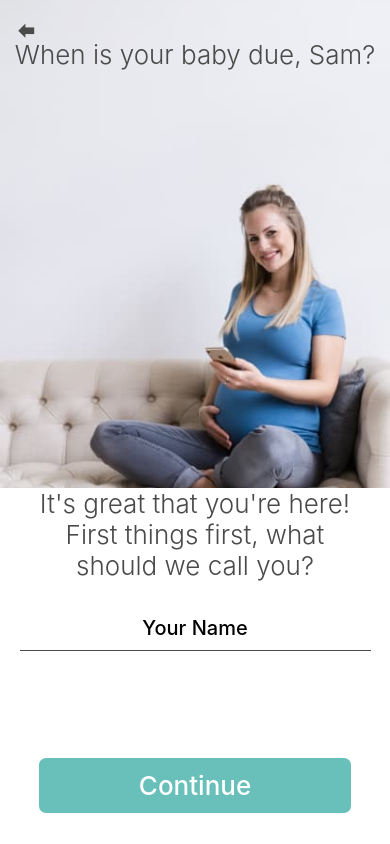
Repository: pheonixlegend/keleya
Screen: /Name
An editor plug-in stored every save of this project. The screen is shown before and after the next save, followed by the edit.
The app was drawn by React Native's web renderer in a window 390 px wide. The project was rebuilt for these pictures with package versions that can differ from the ones it lists, and the page was loaded fresh each time. Also part of the build but not shown: components/ImageHeader.tsx, components/LoginSignupDetails.tsx, screens/SignUp.tsx, screens/SignIn.tsx, screens/Date.tsx, screens/Workout.tsx, screens/Success.tsx.

Above is the screen before, as saved 2021-10-10 13:28:36.

### App.tsx
import { StatusBar } from 'expo-status-bar';
import React from 'react';
import { StyleSheet, Text, View } from 'react-native';
import Home from './screens/Home';
import { NavigationContainer } from '@react-navigation/native';
import AppStack from './routes/AppStack';

export default function App() {
  return (
    <NavigationContainer>
      <AppStack />
    </NavigationContainer>
  );
}

const styles = StyleSheet.create({
  container: {
    flex: 1,
    backgroundColor: '#fff',
    alignItems: 'center',
    justifyContent: 'center',
  },
});

### routes/AppStack.tsx
import { createStackNavigator } from '@react-navigation/stack';
import { Image } from 'react-native';
import Home from '../screens/Home';
import ImageHeader from '../components/ImageHeader';
import SignUp from '../screens/SignUp';
import SignIn from '../screens/SignIn';
import Name from '../screens/Name';
import Date from '../screens/Date';
import Workout from '../screens/Workout';
import Success from '../screens/Success';
import React from 'react';
import { Entypo } from '@expo/vector-icons';
import {RootStackParamList} from '../routes/RootStackPrams';

const Stack = createStackNavigator<RootStackParamList>();
    const appStack = () => {
        return (
            <Stack.Navigator
                screenOptions={{
                headerShown: false,
                headerTransparent: true,
                headerStyle: {
                  },
                  headerBackTitleStyle: {
                      opacity: 0,
                  },
                  headerTintColor: 'transparent'
                }}
            >
                <Stack.Screen name="Home" component={Home} />
                <Stack.Screen
                    name="SignUp"
                    component={SignUp}
                    options={{
                        headerShown: true,
                        headerBackImage: ()=>(<Entypo name='arrow-left' size={22}
                        color="#4a4a4a" style={{ paddingLeft: '20%', marginTop: '-10%' }} />)
                    }}
                />
                <Stack.Screen
                    name="SignIn"
                    component={SignIn}
                    options={{
                        headerShown: true,
                        headerBackImage: ()=>(<Entypo name='arrow-left' size={22}
                        color="#4a4a4a" style={{ paddingLeft: '20%', marginTop: '-10%' }} />)
                    }}
                />
                <Stack.Screen
                    name="Name"
                    component={Name}
                    options={{
                        headerShown: true,
                        headerBackImage: ()=>(<Entypo name='arrow-left' size={22}
                        color="#4a4a4a" style={{ paddingLeft: '20%', marginTop: '-10%' }} />)
                    }}
                />
                <Stack.Screen
                    name="Date"
                    component={Date}
                    options={{
                        headerShown: true,
                        headerBackImage: ()=>(<Entypo name='arrow-left' size={22}
                        color="#4a4a4a" style={{ paddingLeft: '20%', marginTop: '-10%' }} />)
                    }}
                />
                <Stack.Screen
                    name="Workout"
                    component={Workout}
                    options={{
                        headerShown: true,
                        headerBackImage: ()=>(<Entypo name='arrow-left' size={22}
                        color="#4a4a4a" style={{ paddingLeft: '20%', marginTop: '-10%' }} />)
                    }}
                />
                <Stack.Screen
                    name="Success"
                    component={Success}
                    options={{
                        headerShown: false,
                        headerBackImage: ()=>(<Entypo name='arrow-left' size={22}
                        color="#4a4a4a" style={{ paddingLeft: '20%', marginTop: '-10%' }} />)
                    }}
                />
            </Stack.Navigator>
        )
    }
export default appStack

### screens/Home.tsx
import { StatusBar } from 'expo-status-bar';
import React from 'react';
import { StyleSheet, Text, View, Button, Image, SafeAreaView, ImageBackground, TouchableOpacity } from 'react-native';
import { Global } from '../styles/Global';
import {useNavigation} from '@react-navigation/native';
import {StackNavigationProp} from '@react-navigation/stack';
import {RootStackParamList} from '../routes/RootStackPrams';

type authScreenProp = StackNavigationProp<RootStackParamList, 'Home'>;

function Home() {
  /* const signUpHandler = () => {
    navigation.push("Sign Up")
  }

  const signInHandler = () => {
    navigation.push("Sign In")
  }
 */
  const navigation = useNavigation<authScreenProp>();

  return (
    <ImageBackground source={require('../assets/images/first-intro-image.png')} style={styles.backgroundImage} >

    <SafeAreaView style={Global.container}>
      <StatusBar backgroundColor={'transparent'} translucent/>

      <View style={styles.imageContainer}>
        <Image source={require('../assets/images/keleya-logo.png')} style={styles.image} resizeMode="contain" />
      </View>

      <View style={styles.centeredView}>
        <Text style={styles.subText}>For a fit and relaxed pregnancy</Text>
      </View>

      <View style={styles.buttonContainer}>
      <TouchableOpacity style={styles.customBtnBGBottom} onPress={() => navigation.navigate('SignUp')}>
        <Text style={styles.customBtnTextBottom}>Get started</Text>
      </TouchableOpacity>


      <TouchableOpacity style={styles.customBtnBGBottom2} onPress={() => navigation.navigate('SignIn')}>
        <Text style={styles.customBtnTextBottom2}>Or login</Text>
      </TouchableOpacity>
      </View>
    </SafeAreaView>

    </ImageBackground>
  )
}

const styles = StyleSheet.create({
  imageContainer: {
    justifyContent: 'center',
    alignItems: 'center',
    height: '20%'
  },

  backgroundImage: {
    flex: 1,
    width: undefined,
    height: undefined,
    resizeMode: 'cover'
  },

  centeredView: {
    justifyContent: 'center',
    alignItems: 'center'
  },

  image: {
    width: '23%',
    height: '100%'
  },

  subText: {
    textAlign: 'center',
    fontSize: 24,
    fontWeight: "500",
    marginTop: '-3%',
    width: '53%',
    color: "#4a4a4a"
  },

  buttonContainer: {
    flex: 1,
    alignItems: 'center',
    height: '12.4%',
  },

  customBtnBGBottom: {
    backgroundColor: "#69c0ba",
    borderRadius: 7,
    width: '85%',
    height: '6.2%',
    position: 'absolute',
    bottom: 0,
    marginBottom: '23%',
    justifyContent: 'center',
    alignItems: 'center',
  },

  customBtnBGBottom2: {
    backgroundColor: "transparent",
    borderRadius: 7,
    width: '85%',
    position: 'absolute',
    bottom: 0,
    marginBottom: '10%',
    justifyContent: 'center',
    alignItems: 'center',
  },

  customBtnTextBottom: {
    fontSize: 26,
    fontWeight: "500",
    color: "#fff",
    textAlign: "center"
  },

  customBtnTextBottom2: {
    fontSize: 21,
    fontWeight: "600",
    color: "#4a4a4a",
    textAlign: "center"
  }

});

export default Home

### screens/Name.tsx
import {useNavigation} from '@react-navigation/native';
import { StatusBar } from 'expo-status-bar';
import React from 'react';
import { StyleSheet, Text, View, SafeAreaView, TouchableOpacity, TextInput } from 'react-native';
import { Global } from '../styles/Global';
import ImageHeaderMedium from '../components/ImageHeaderMedium';
import {StackNavigationProp} from '@react-navigation/stack';
import {RootStackParamList} from '../routes/RootStackPrams';
import NameTimeDetails from '../components/NameTimeDetails';

type nameScreenProp = StackNavigationProp<RootStackParamList, 'Name'>;

function Name() {
  const navigation = useNavigation<nameScreenProp>();

 return (
    <SafeAreaView style={styles.mainContainer}>
      <StatusBar backgroundColor={'transparent'} translucent/>
      <ImageHeaderMedium screenType = "nameScreen"/>
      {<NameTimeDetails screenType = "nameScreen" /> }

      <View style={styles.buttonContainer}>
          <TouchableOpacity style={styles.customBtnBGBottom} onPress={() => navigation.navigate('Date')}>
            <Text style={styles.customBtnTextBottom}>Continue</Text>
          </TouchableOpacity>
      </View>
    </SafeAreaView>
  )
}

const styles = StyleSheet.create({
  mainContainer: {
    flex: 1,
    backgroundColor: 'white'
  },

  forgotPasswordText: {
    textAlign: 'center',
    fontSize: 19,
    width: '90%',
    fontWeight: "300",
    color: "#4a4a4a",
    paddingBottom: '7%'
  },

  buttonContainer: {
    alignItems: 'center',
    width: '100%',
    bottom: 0,
    position: 'absolute',
  },

  customBtnBGBottom: {
    backgroundColor: "#69c0ba",
    borderRadius: 7,
    width: '80%',
    paddingTop: '3%',
    paddingBottom: '3%',
    marginBottom: '8%',
    justifyContent: 'center',
    alignItems: 'center',
  },

  customBtnTextBottom: {
    fontSize: 26,
    fontWeight: "500",
    color: "#ffff",
    textAlign: "center"
  }

});

export default Name

### styles/Global.tsx
import { StyleSheet } from 'react-native';

export const Global = StyleSheet.create({
    container: {
        flex: 1,
        backgroundColor: 'transparent',
    }
})

### components/ImageHeaderMedium.tsx
import React, { useState, FC } from 'react';
import { Text, View, StyleSheet, Image } from 'react-native';
import { Entypo } from '@expo/vector-icons';
import { LinearGradient } from 'expo-linear-gradient';

interface Props {
  screenType: string;
}

const ImageHeaderMedium: FC<Props> = ({ screenType }) => {

  let imageCondition = require('../assets/images/couch_smile.jpg')

  if (screenType == "dateScreen") {
    imageCondition = require('../assets/images/due-date-background-image.jpg')
  }
  else if (screenType == "workoutScreen") {
    imageCondition = require('../assets/images/workout-goal-background-image.jpg')
  }

  return (
    <Image source={imageCondition}
      style={[styles.image, screenType == "nameScreen" || "workoutScreen" ? { height: '65%' }
      : { height: '80%' }]} resizeMode="cover">
    </Image>
  );
}

const styles = StyleSheet.create({
  image: {
    flex: 1,
    position: 'absolute',
    width: '100%'
  }
});

export default ImageHeaderMedium

### components/NameTimeDetails.tsx
import React, { useState, FC } from 'react';
import { Text, View, StyleSheet, TextInput } from 'react-native';
import { MaterialIcons } from '@expo/vector-icons';
import { CheckBox } from 'react-native-elements';

interface Props {
  screenType: string;
}

const NameTimeDetails: FC<Props> = ({ screenType }) => {

 // const [screenType, setScreenType] = useState(0);

  return (
    <View>
      <Text style={styles.titleText}>
          {screenType == "workoutScreen" ? 'How many times a week do you want to be active'
           : 'When is your baby due, Sam?'}</Text>
      <View style={styles.centeredView}>
        <Text style={styles.subText}>
          {screenType == "nameScreen" ? 'It\'s great that you\'re here! First things first, what should we call you?'
           : 'When is your baby due, Sam?'}</Text>

        <TextInput
          placeholder="Your Name"
          style={styles.input}
        />
      </View>
    </View>
  )
}

const styles = StyleSheet.create({
  centeredView: {
    justifyContent: 'flex-start',
    alignItems: 'center',
    backgroundColor: 'white',
    marginTop: '125%',
    paddingLeft: '5%',
    paddingRight: '5%'
  },

  subText: {
    textAlign: 'center',
    fontSize: 26,
    width: '90%',
    fontWeight: "300",
    color: "#4a4a4a",
    paddingBottom: '10%'
  },

  titleText: {
    textAlign: 'center',
    fontSize: 26,
    width: '100%',
    fontWeight: "300",
    color: "#4a4a4a",
    paddingBottom: '10%',
    position: 'absolute',
    top: 0,
    paddingTop: '10%'
  },

  forgotPasswordText: {
    textAlign: 'center',
    fontSize: 19,
    width: '90%',
    fontWeight: "300",
    color: "#4a4a4a",
    paddingBottom: '7%'
  },

  buttonContainer: {
    alignItems: 'center',
    width: '100%',
    bottom: 0,
    position: 'absolute',
  },

  customBtnBGBottom: {
    backgroundColor: "#69c0ba",
    borderRadius: 7,
    width: '80%',
    paddingTop: '3%',
    paddingBottom: '3%',
    marginBottom: '8%',
    justifyContent: 'center',
    alignItems: 'center',
  },

  customBtnTextBottom: {
    fontSize: 26,
    fontWeight: "500",
    color: "#ffff",
    textAlign: "center"
  },

  input: {
    width: '100%',
    fontSize: 20,
    textAlign: 'center',
    fontWeight: '500',
    paddingLeft: '10%',
    paddingRight: '10%',
    paddingBottom: '3%',
    marginBottom: '12%',
    borderBottomColor: '#4a4a4a',
    borderBottomWidth: 1
  },

  checkboxView: {
    alignItems:'flex-start',
    justifyContent:'flex-start',
    marginTop: '-6%',
    paddingLeft: '5%',
    paddingRight: '5%',
    // display: 'none'
  },

  label: {
    margin: 8,
  }

});

export default NameTimeDetails

After the next save:
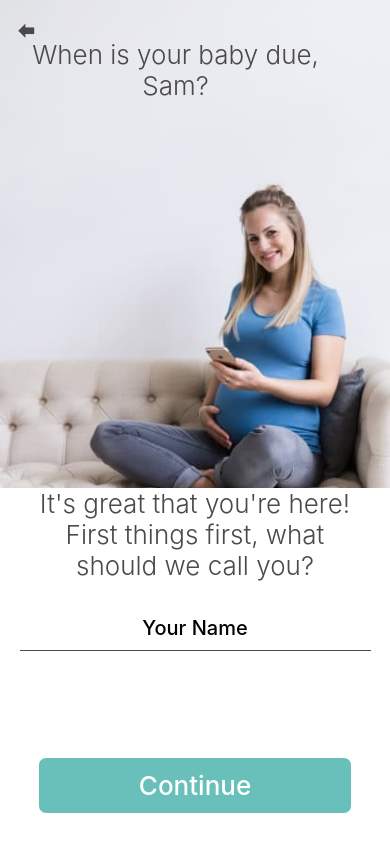
Saved 33 s later.
--- a/components/NameTimeDetails.tsx
+++ b/components/NameTimeDetails.tsx
@@ -52,7 +52,7 @@ const styles = StyleSheet.create({
   titleText: {
     textAlign: 'center',
     fontSize: 26,
-    width: '100%',
+    width: '90%',
     fontWeight: "300",
     color: "#4a4a4a",
     paddingBottom: '10%',
